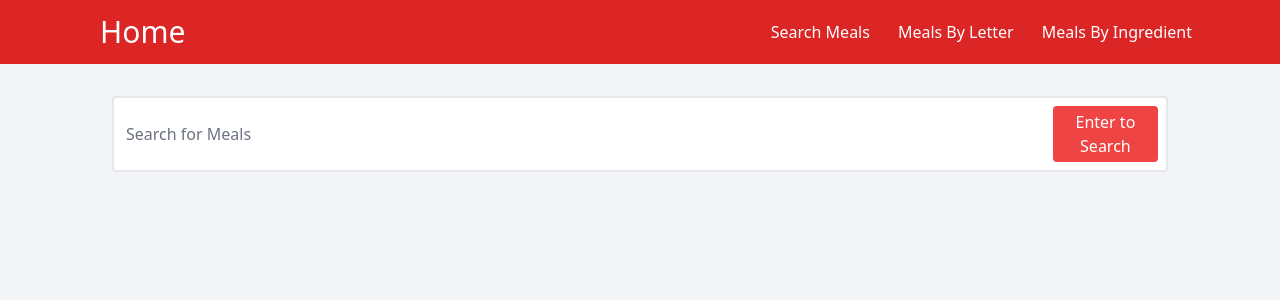
Repository: HalemX/meals
Page: /by-name
The author's editor kept a copy of each file at every save. The page is drawn from the files as they stood at one save, then again after the next save.
The browser window is 1280 px wide. The pictures show the whole page.
The project was rebuilt for these pictures with package versions that can differ from the ones it lists, and the page was loaded fresh each time. Also part of the build but not shown: vite.config.js, src/pages/home/Home.vue, src/components/layout/GuestLayout.vue, src/components/ui/BaseButtons.vue, src/pages/meals/MealsByIngredient.vue, src/pages/meals/MealsByLetters.vue, src/components/meals_components/MealDetails.vue, src/pages/meals/AllIngredients.vue.

Above is the page before, as saved 2024-02-12 16:31:20.

After the next save:
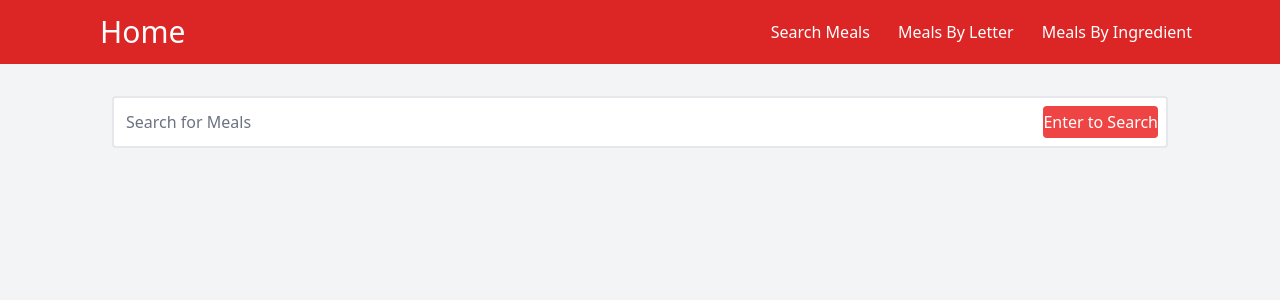
Saved 18 s later.
--- a/src/pages/meals/MealsByName.vue
+++ b/src/pages/meals/MealsByName.vue
@@ -13,7 +13,7 @@
         />
         <button
           @click="searchMealsByName"
-          class="sm:w-[30%] md:w-[10%] sm:mb-2 mx-2 transition ease-in-out delay-150 sm:mt-2 border-[#ef4444] bg-[#ef4444] hover:scale-105 hover:bg-[#f87171] duration-300 text-white py-1 rounded"
+          class="sm:mb-2 mx-2 transition ease-in-out delay-150 sm:mt-2 border-[#ef4444] bg-[#ef4444] hover:scale-105 hover:bg-[#f87171] duration-300 text-white py-1 rounded"
         >
           Enter to Search
         </button>
